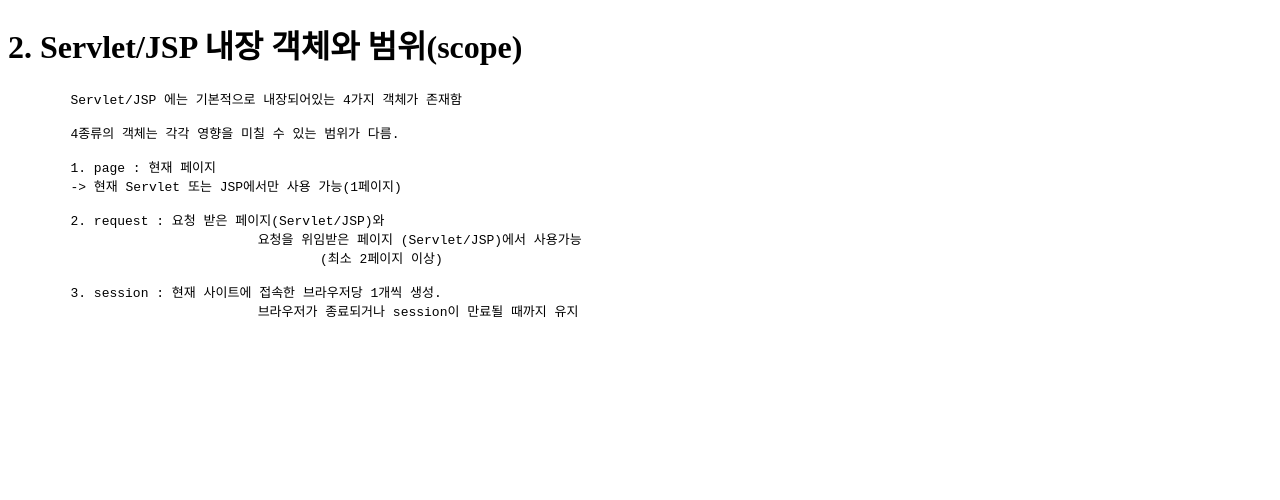
Repository: hyungjuIM/06_Server
Page: http://localhost/JSPProject2/scope
These files come from the project's save history. The page is drawn as it stood at one moment and after the next save; the edit follows.
The browser window is 1280 px wide. The pictures show the whole page.
The page is served by Tomcat 9. Other server files are loaded and not shown.

Above is the page before, as saved 2023-03-21 08:47:24.

### JSPProject2/src/main/webapp/WEB-INF/views/el/scope.jsp
<%@ page language="java" contentType="text/html; charset=UTF-8"
pageEncoding="UTF-8" %>
<!DOCTYPE html>
<html lang="en">
<head>
    <meta charset="UTF-8">
    <meta http-equiv="X-UA-Compatible" content="IE=edge">
    <meta name="viewport" content="width=device-width, initial-scale=1.0">
    <title>2. Servlet/JSP 내장 객체와 범위(scope)</title>
</head>
<body>
    <h1>2. Servlet/JSP 내장 객체와 범위(scope)</h1>
    <pre>
    	Servlet/JSP 에는 기본적으로 내장되어있는 4가지 객체가 존재함

    	4종류의 객체는 각각 영향을 미칠 수 있는 범위가 다름.

    	1. page : 현재 페이지
    	-> 현재 Servlet 또는 JSP에서만 사용 가능(1페이지)

    	2. request : 요청 받은 페이지(Servlet/JSP)와
    				요청을 위임받은 페이지 (Servlet/JSP)에서 사용가능
    					(최소 2페이지 이상)

    	3. session : 현재 사이트에 접속한 브라우저당 1개씩 생성.
    				브라우저가 종료되거나 session이 만료될 때까지 유지
    </pre>
</body>
</html>

### JSPProject2/src/main/java/edu/kh/jsp/controller/ScopeServlet.java
package edu.kh.jsp.controller;

import java.io.IOException;

import javax.servlet.RequestDispatcher;
import javax.servlet.ServletContext;
import javax.servlet.ServletException;
import javax.servlet.annotation.WebServlet;
import javax.servlet.http.HttpServlet;
import javax.servlet.http.HttpServletRequest;
import javax.servlet.http.HttpServletResponse;
import javax.servlet.http.HttpSession;

@WebServlet("/scope")//무조건 절대 경로 방식으로 요청 주소 작성
public class ScopeServlet extends HttpServlet {
@Override
protected void doGet(HttpServletRequest req, HttpServletResponse resp) throws ServletException, IOException {
	RequestDispatcher dispatcher = req.getRequestDispatcher("/WEB-INF/views/el/scope.jsp");

	// 어디 까지 영향을 미치느냐의 내장객체들
	// 1. page -> JSP에서만 사용 가능
	// PageContext 추상클래스 이용

	// 2. request
	req.setAttribute("message", "request scope에 저장된 메세지 입니다.");

	// 3. session
	// 1) HttpSession 객체 얻어오기
	HttpSession session = req.getSession();
	// 2) session scope로 값 세팅하기
	session.setAttribute("sessionValue","999");

	// 4. application
	// 1) ServletContext 객체 얻어오기
	ServletContext application = req.getServletContext();
	// 2) application scope 범위로 값 세팅하기
	application.setAttribute("appValue","애플리케이션 범위 값");

	//** page, request, session, application은 모두 사용법이 동일하다. **

			dispatcher.forward(req, resp);
	}
}

After the next save:
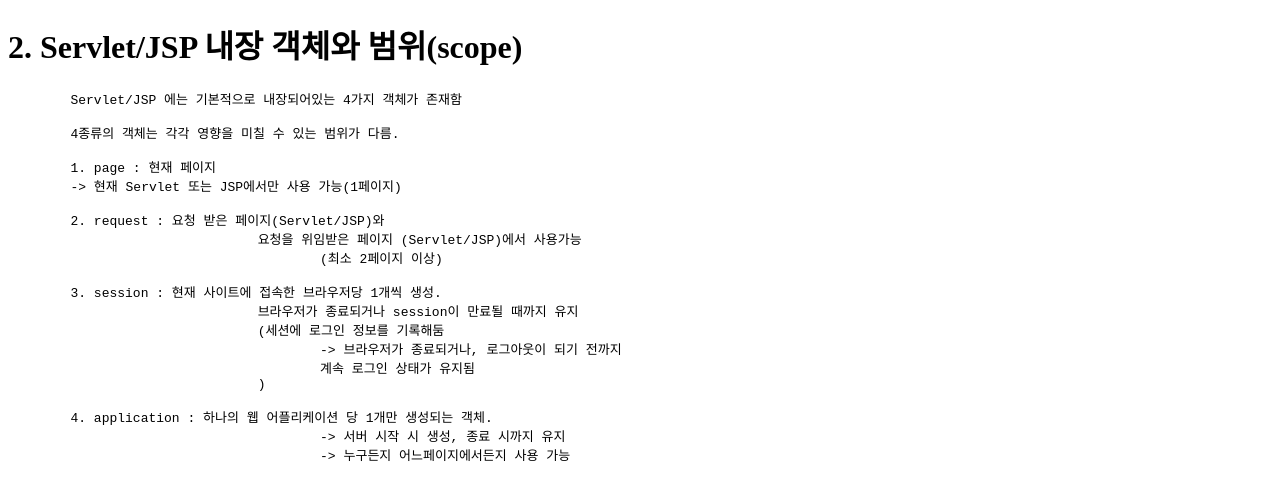
Saved 100 s later.
--- a/JSPProject2/src/main/webapp/WEB-INF/views/el/scope.jsp
+++ b/JSPProject2/src/main/webapp/WEB-INF/views/el/scope.jsp
@@ -24,6 +24,14 @@ pageEncoding="UTF-8" %>
 
     	3. session : 현재 사이트에 접속한 브라우저당 1개씩 생성.
     				브라우저가 종료되거나 session이 만료될 때까지 유지
+    				(세션에 로그인 정보를 기록해둠
+    					-> 브라우저가 종료되거나, 로그아웃이 되기 전까지
+    					계속 로그인 상태가 유지됨
+    				)
+
+    	4. application : 하나의 웹 어플리케이션 당 1개만 생성되는 객체.
+    					-> 서버 시작 시 생성, 종료 시까지 유지
+    					-> 누구든지 어느페이지에서든지 사용 가능
     </pre>
 </body>
 </html>
